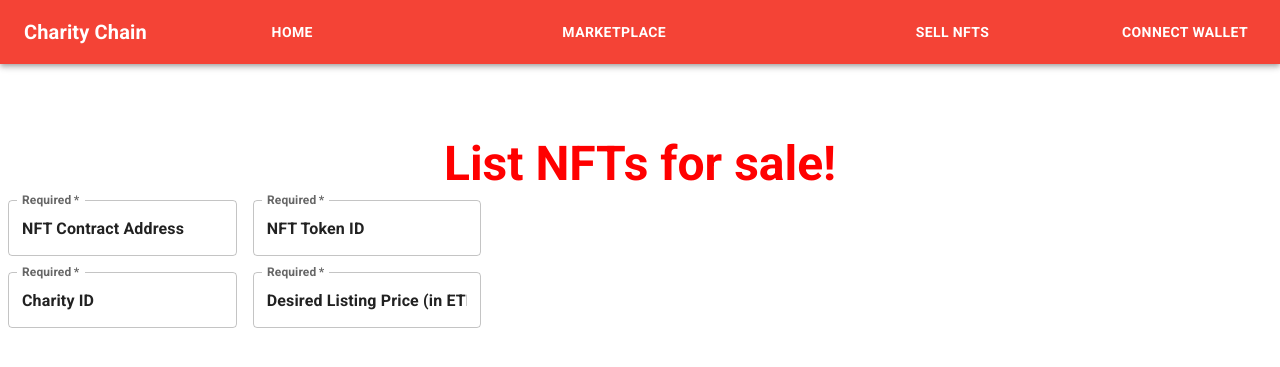
Repository: seanwjcho/charity-chain
Page: /upload
These files come from the project's save history. The page is drawn as it stood at one moment and after the next save; the edit follows.
The browser window is 1280 px wide. The pictures show the whole page.
The project was rebuilt for these pictures with package versions that can differ from the ones it lists, and the page was loaded fresh each time. Also part of the build but not shown: src/App.css, src/components/NFTTile.js, src/components/Marketplace.js, src/components/Home.js, src/components/Profile.js, src/components/NFT.js, src/App.js.

Above is the page before, as saved 2023-05-16 15:26:25.

### public/index.html
<!DOCTYPE html>
<html lang="en">
  <head>
    <meta charset="utf-8" />
    <link rel="icon" href="%PUBLIC_URL%/logo_2.webp" />
    <meta name="viewport" content="width=device-width, initial-scale=1" />
    <meta name="theme-color" content="#000000" />
    <meta
      name="description"
      content="Web site created using create-react-app"
    />
    <link rel="apple-touch-icon" href="%PUBLIC_URL%/logo192.png" />
    <!--
      manifest.json provides metadata used when your web app is installed on a
      user's mobile device or desktop. See https://developers.google.com/web/fundamentals/web-app-manifest/
    -->
    <link rel="preconnect" href="https://fonts.googleapis.com">
    <link rel="preconnect" href="https://fonts.gstatic.com" crossorigin>
    <link href="https://fonts.googleapis.com/css2?family=Open+Sans:wght@500&family=Roboto:wght@700&display=swap" rel="stylesheet">
    <link rel="preconnect" href="https://fonts.googleapis.com">
    <link rel="preconnect" href="https://fonts.gstatic.com" crossorigin>
    <link href="https://fonts.googleapis.com/css2?family=M+PLUS+1p:wght@500&family=Open+Sans:wght@500&family=Roboto:wght@700&display=swap" rel="stylesheet">
    <link rel="manifest" href="%PUBLIC_URL%/manifest.json" />
    <!--
      Notice the use of %PUBLIC_URL% in the tags above.
      It will be replaced with the URL of the `public` folder during the build.
      Only files inside the `public` folder can be referenced from the HTML.

      Unlike "/favicon.ico" or "favicon.ico", "%PUBLIC_URL%/favicon.ico" will
      work correctly both with client-side routing and a non-root public URL.
      Learn how to configure a non-root public URL by running `npm run build`.
    -->
    <title>React App</title>
  </head>
  <body class="">
    <noscript>You need to enable JavaScript to run this app.</noscript>
    <div id="root"></div>
    <!--
      This HTML file is a template.
      If you open it directly in the browser, you will see an empty page.

      You can add webfonts, meta tags, or analytics to this file.
      The build step will place the bundled scripts into the <body> tag.

      To begin the development, run `npm start` or `yarn start`.
      To create a production bundle, use `npm run build` or `yarn build`.
    -->
  </body>
</html>

### src/index.js
import React from 'react';
import ReactDOM from 'react-dom/client';
import './index.css';
import App from './App';
import {
  BrowserRouter,
  Routes,
  Route,
} from "react-router-dom";
import Marketplace from './components/Marketplace';
import Profile from './components/Profile';
import NFT from './components/NFT';
import Upload from './components/Upload';
import Home from './components/Home'

const root = ReactDOM.createRoot(document.getElementById('root'));
root.render(
  <React.StrictMode>
    <BrowserRouter>
      <Routes>
        <Route path="/" element={<Home />}/>
        <Route path="/marketplace" element={<Marketplace/>}/>
        <Route path="/upload" element={<Upload />}/>
        <Route path="/nft/:tokenId" element={<NFT />}/>
        <Route path="/profile" element={<Profile />}/>
      </Routes>
    </BrowserRouter>
  </React.StrictMode>
);

### src/index.css
@tailwind base;
@tailwind components;
@tailwind utilities;

body {
  margin: 0;
  /*font-family: -apple-system, BlinkMacSystemFont, 'Segoe UI', 'Roboto', 'Oxygen',
    'Ubuntu', 'Cantarell', 'Fira Sans', 'Droid Sans', 'Helvetica Neue',
    sans-serif;*/
  font-family: 'Open Sans',sans-serif;
  /*font-family: 'M PLUS 1p', sans-serif;*/
  -webkit-font-smoothing: antialiased;
  -moz-osx-font-smoothing: grayscale;
  /*background-image: url('./bg.png');*/
  background-size: 200% 180%;
  animation-duration: 3s;
  animation-timing-function: linear;
  animation-delay: 0s;
  animation-iteration-count: infinite;
  animation-direction: normal;
  animation-fill-mode: none;
  animation-play-state: running;
  animation-name: gradientTransform;
  background-repeat: no-repeat;
}

code {
  font-family: source-code-pro, Menlo, Monaco, Consolas, 'Courier New',
    monospace;
}

### src/components/Upload.js
import Navbar from "./Navbar";
import NFTTile from "./NFTTile";
import CCMarketplaceJSON from "../CCMarketplace.json";
import { useState } from "react";
//import { GetIpfsUrlFromPinata } from "../utils";
import TextField from '@mui/material/TextField';
import * as React from 'react';
import Box from '@mui/material/Box';
import Typography from '@mui/material/Typography'

export default function Upload() {

const [data, updateData] = useState([]);



async function getAllNFTs() {
    const ethers = require("ethers");
    //After adding your Hardhat network to your metamask, this code will get providers and signers
    const provider = new ethers.providers.Web3Provider(window.ethereum);
    const signer = provider.getSigner();
    //Pull the deployed contract instance
    let contract = new ethers.Contract(CCMarketplaceJSON.address, CCMarketplaceJSON.abi, signer)
    //create an NFT Token
    let transaction = await contract.getAllNFTs()

    //Fetch all the details of every NFT from the contract and display
    const items = await Promise.all(transaction.map(async i => {
        var tokenURI = await contract.tokenURI(i.tokenId);
        //tokenURI = GetIpfsUrlFromPinata(tokenURI);
        tokenURI = 0;
        //let meta = await axios.get(tokenURI);
        //meta = meta.data;

        let price = ethers.utils.formatUnits(i.price.toString(), 'ether');
        let item = {
            price,
            tokenId: i.tokenId.toNumber(),
            charity: i.charityId,
            owner: i.owner,
            //image: meta.image,
            //name: meta.name,
            //description: meta.description,
        }
        return item;
    }))

    updateFetched(true);
    updateData(items);
}

//if(!dataFetched)
    //getAllNFTs();


return (
    <div>
        <Navbar></Navbar>
        <br/>
        <br/>
        <br/>
        <center>
            <Typography color = "red" variant="h3">
                List NFTs for sale!
            </Typography>
        </center>
        <Box
            component="form"
            sx={{
                '& .MuiTextField-root': { m: 1, width: '25ch' },
            }}
            noValidate
            autoComplete="off"
            >
            <div>
                <TextField
                required
                id="nft-address"
                label="Required"
                defaultValue="NFT Contract Address"
                />
                <TextField
                required
                id="nft-address"
                label="Required"
                defaultValue="NFT Token ID"
                />
            </div>
            <div>
                <TextField
                required
                id="charity-id"
                label="Required"
                defaultValue="Charity ID"
                />
                <TextField
                required
                id="price"
                label="Required"
                defaultValue="Desired Listing Price (in ETH)"
                />
            </div>
            </Box>
    </div>
);

}

### src/components/Navbar.js

import {
  BrowserRouter as Router,
  Switch,
  Route,
  Link,
  useRouteMatch,
  useParams
} from "react-router-dom";
import { useEffect, useState } from 'react';
import { useLocation } from 'react-router';
import {ethers} from "ethers";
import * as React from 'react';
import AppBar from '@mui/material/AppBar';
import Box from '@mui/material/Box';
import Toolbar from '@mui/material/Toolbar';
import IconButton from '@mui/material/IconButton';
import Typography from '@mui/material/Typography';
import Menu from '@mui/material/Menu';
import MenuIcon from '@mui/icons-material/Menu';
import Container from '@mui/material/Container';
import Avatar from '@mui/material/Avatar';
import Button from '@mui/material/Button';
import Tooltip from '@mui/material/Tooltip';
import MenuItem from '@mui/material/MenuItem';
import AdbIcon from '@mui/icons-material/Adb';







const Navbar = () => {

  const [connected, toggleConnect] = useState(false);
  const [currAddress, updateAddress] = useState('0x');


  const connectToMetamask = async () => {
    console.log("clicked");
    if (window.ethereum) {
      try {
        await window.ethereum.enable();
      } catch (error) {
        console.log(error);
      }
    }
    const provider = new ethers.providers.Web3Provider(window.ethereum);
    const accounts = await provider.send("eth_requestAccounts", []);
    const signer = provider.getSigner();
    console.log("got signer");
    const address = await signer.getAddress();
    updateAddress(address);
    toggleConnect(true);
    console.log("connected")
}



    return (
      <Box sx={{ flexGrow: 1 }}>
      <AppBar position="static" sx = {{bgcolor: "#f44336"}}>
        <Toolbar color = "#f44336">

          <Typography variant="h6" component="div">Charity Chain </Typography>

          <Button color="inherit" href = "/" sx={{ flexGrow: 1 }} >Home</Button>
          <Button color="inherit" href = "/Marketplace" sx={{ flexGrow: 1 }} >Marketplace</Button>
          <Button color="inherit" href = "/upload" sx={{ flexGrow: 1 }}>Sell NFTs</Button>

          {connected ?
                <Box px = {2} sx = {{flexDirection: 'row', rowgap: 60}}>
                <Button color="inherit" href = "/Profile" >My NFTs </Button>
                <Typography color="inherit" variant="h7">
                &emsp; &emsp;  &emsp; &emsp; &emsp; &emsp; &emsp; &emsp;  Connected: {currAddress}
                </Typography>
                </Box>
                :
                <Button color="inherit" onClick = {() => connectToMetamask()}>Connect Wallet</Button>
          }



        </Toolbar>
      </AppBar>
    </Box>

    );
  }

  export default Navbar;

### src/CCMarketplace.json
{"address":"0xe7f1725E7734CE288F8367e1Bb143E90bb3F0512","abi":[{"type":"constructor","payable":false,"inputs":[]},{"type":"event","anonymous":false,"name":"TokenListedSuccess","inputs":[{"type":"uint256","name":"tokenId","indexed":true},{"type":"address","name":"token","indexed":false},{"type":"address","name":"owner","indexed":false},{"type":"uint256","name":"charityId","indexed":false},{"type":"address","name":"artist","indexed":false},{"type":"uint256","name":"price","indexed":false},{"type":"bool","name":"currentlyListed","indexed":false}]},{"type":"function","name":"addCharity","constant":false,"payable":false,"inputs":[{"type":"address","name":"_charityAddress"},{"type":"string","name":"_charityName"}],"outputs":[]},{"type":"function","name":"createListedToken","constant":false,"payable":false,"inputs":[{"type":"address","name":"token"},{"type":"uint256","name":"tokenId"},{"type":"uint256","name":"charityId"},{"type":"uint256","name":"price"}],"outputs":[]},{"type":"function","name":"currentcharityId","constant":true,"stateMutability":"view","payable":false,"inputs":[],"outputs":[{"type":"uint256"}]},{"type":"function","name":"executeSale","constant":false,"stateMutability":"payable","payable":true,"inputs":[{"type":"uint256","name":"tokenId"}],"outputs":[]},{"type":"function","name":"getAllNFTs","constant":true,"stateMutability":"view","payable":false,"inputs":[],"outputs":[{"type":"tuple[]","components":[{"type":"uint256","name":"tokenId"},{"type":"address","name":"token"},{"type":"address","name":"owner"},{"type":"uint256","name":"charityId"},{"type":"address","name":"artist"},{"type":"uint256","name":"price"},{"type":"bool","name":"currentlyListed"}]}]},{"type":"function","name":"getCurrentToken","constant":true,"stateMutability":"view","payable":false,"inputs":[],"outputs":[{"type":"uint256"}]},{"type":"function","name":"getLatestIdToListedToken","constant":true,"stateMutability":"view","payable":false,"inputs":[],"outputs":[{"type":"tuple","components":[{"type":"uint256","name":"tokenId"},{"type":"address","name":"token"},{"type":"address","name":"owner"},{"type":"uint256","name":"charityId"},{"type":"address","name":"artist"},{"type":"uint256","name":"price"},{"type":"bool","name":"currentlyListed"}]}]},{"type":"function","name":"getListedTokenForId","constant":true,"stateMutability":"view","payable":false,"inputs":[{"type":"uint256","name":"tokenId"}],"outputs":[{"type":"tuple","components":[{"type":"uint256","name":"tokenId"},{"type":"address","name":"token"},{"type":"address","name":"owner"},{"type":"uint256","name":"charityId"},{"type":"address","name":"artist"},{"type":"uint256","name":"price"},{"type":"bool","name":"currentlyListed"}]}]},{"type":"function","name":"getMyNFTs","constant":true,"stateMutability":"view","payable":false,"inputs":[],"outputs":[{"type":"tuple[]","components":[{"type":"uint256","name":"tokenId"},{"type":"address","name":"token"},{"type":"address","name":"owner"},{"type":"uint256","name":"charityId"},{"type":"address","name":"artist"},{"type":"uint256","name":"price"},{"type":"bool","name":"currentlyListed"}]}]}]}

Loaded but not shown: tailwind.config.js (common file)

After the next save:
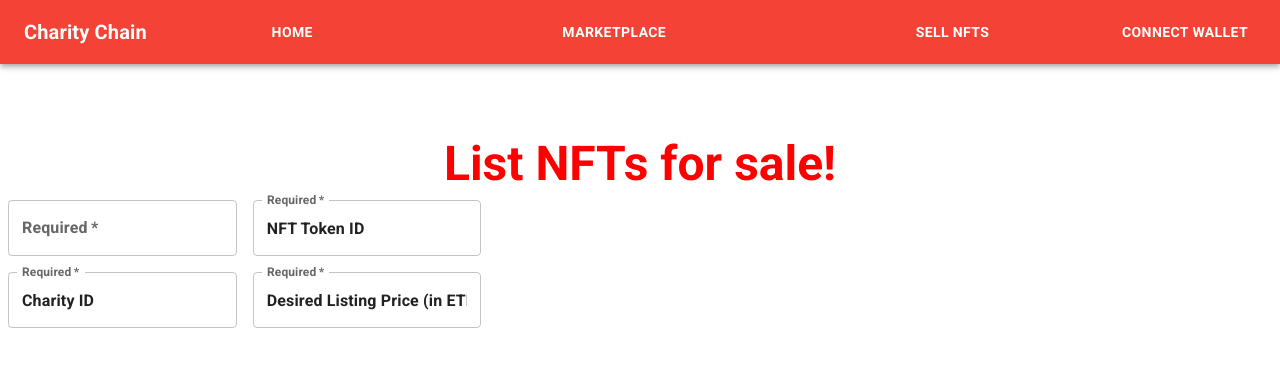
Saved 2 min 30 s later.
--- a/src/components/Upload.js
+++ b/src/components/Upload.js
@@ -77,7 +77,7 @@ return (
                 required
                 id="nft-address"
                 label="Required"
-                defaultValue="NFT Contract Address"
+
                 />
                 <TextField
                 required
